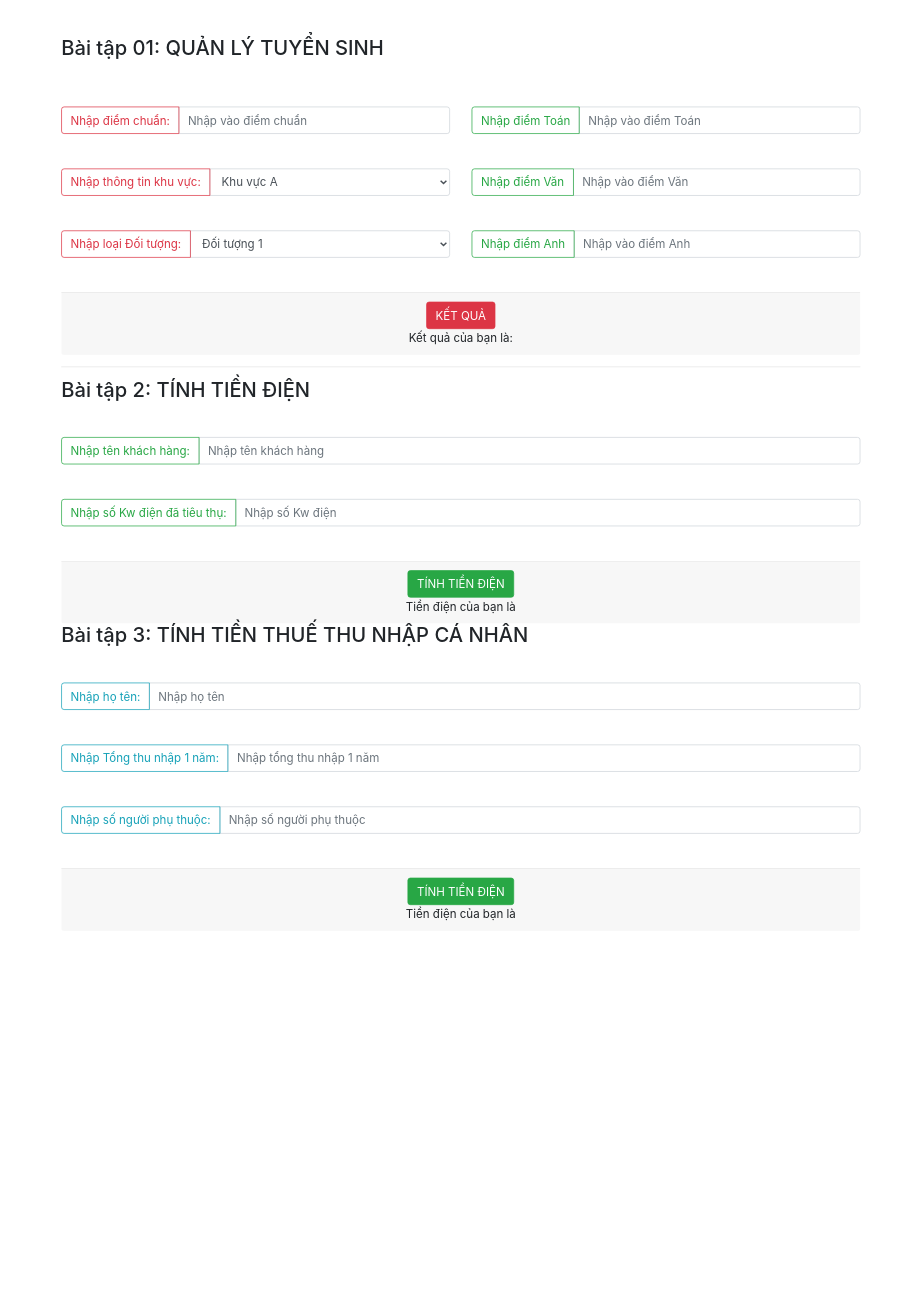
Repository: ducdatit2002/javascript-tinh-day15
Page: index.html
An editor plug-in stored every save of this project. The page is shown before and after the next save, followed by the edit.
The browser window is 1280 px wide. The pictures show the whole page, at 72% of full size.

Above is the page before, as saved 2023-08-20 20:14:50.

### index.html
<!DOCTYPE html>
<html lang="en">
  <head>
    <title>HOMEWORK BUỔI 15 - JAVASCRIPT</title>
    <!-- Required meta tags -->
    <meta charset="utf-8" />
    <meta
      name="viewport"
      content="width=device-width, initial-scale=1, shrink-to-fit=no"
    />

    <!-- Bootstrap CSS -->
    <link
      rel="stylesheet"
      href="https://stackpath.bootstrapcdn.com/bootstrap/4.3.1/css/bootstrap.min.css"
      integrity="sha384-ggOyR0iXCbMQv3Xipma34MD+dH/1fQ784/j6cY/iJTQUOhcWr7x9JvoRxT2MZw1T"
      crossorigin="anonymous"
    />
  </head>
  <body>
    <div class="container" style="margin-bottom: 500px; margin-top: 50px">
      <div class="baiTap1">
        <h3>Bài tập 01: QUẢN LÝ TUYỂN SINH</h3>
        <div class="row mt-3">
          <div class="col-6">
            <div class="input-group mt-5">
              <div class="input-group-prepend">
                <button class="btn btn-outline-danger">Nhập điểm chuẩn:</button>
              </div>
              <input
                type="text"
                class="form-control"
                id="diemChuan"
                placeholder="Nhập vào điểm chuẩn"
              />
            </div>
            <div class="input-group mt-5">
              <div class="input-group-prepend">
                <button class="btn btn-outline-danger">
                  Nhập thông tin khu vực:
                </button>
              </div>
              <select id="khuVuc" class="form-control">
                <option value="A">Khu vực A</option>
                <option value="B">Khu vực B</option>
                <option value="C">Khu vực C</option>
              </select>
            </div>
            <div class="input-group mt-5">
              <div class="input-group-prepend">
                <button class="btn btn-outline-danger">
                  Nhập loại Đối tượng:
                </button>
              </div>
              <select id="doiTuong" class="form-control">
                <option value="1">Đối tượng 1</option>
                <option value="2">Đối tượng 2</option>
                <option value="3">Đối tượng 3</option>
              </select>
            </div>
          </div>
          <div class="col-6">
            <div class="input-group mt-5">
              <div class="input-group-prepend">
                <button class="btn btn-outline-success">Nhập điểm Toán</button>
              </div>
              <input
                type="text"
                class="form-control"
                id="diemToan"
                placeholder="Nhập vào điểm Toán"
              />
            </div>
            <div class="input-group mt-5">
              <div class="input-group-prepend">
                <button class="btn btn-outline-success">Nhập điểm Văn</button>
              </div>
              <input
                type="text"
                class="form-control"
                id="diemVan"
                placeholder="Nhập vào điểm Văn"
              />
            </div>
            <div class="input-group mt-5">
              <div class="input-group-prepend">
                <button class="btn btn-outline-success">Nhập điểm Anh</button>
              </div>
              <input
                type="text"
                class="form-control"
                id="diemAnh"
                placeholder="Nhập vào điểm Anh"
              />
            </div>
          </div>
        </div>
        <div class="card-footer text-center mt-5">
          <button id="btnKetQua" class="btn btn-danger">KẾT QUẢ</button>
          <br />
          <span id="ketQua" class="mt-2 display-5">Kết quả của bạn là: </span>
        </div>
      </div>
      <hr />
      <div class="baiTap2">
        <h3>Bài tập 2: TÍNH TIỀN ĐIỆN</h3>
        <div class="input-group mt-5">
          <div class="input-group-prepend">
            <button class="btn btn-outline-success">
              Nhập tên khách hàng:
            </button>
          </div>
          <input
            type="text"
            class="form-control"
            id="tenKhachHang"
            placeholder="Nhập tên khách hàng"/>
        </div>
        <div class="input-group mt-5">
          <div class="input-group-prepend">
            <button class="btn btn-outline-success">
              Nhập số Kw điện đã tiêu thụ:
            </button>
          </div>
          <input
            type="text"
            class="form-control"
            id="SoKwTieuThu"
            placeholder="Nhập số Kw điện"/>
        </div>
        <div class="card-footer text-center mt-5">
          <button id="btnTinhTienDien" class="btn btn-success">TÍNH TIỀN ĐIỆN</button>
          <br />
          <span id="TienDien" class="mt-2 display-5">Tiền điện của bạn là </span>
        </div>
      </div>
      <div class="baiTap3">
        <h3>Bài tập 3: TÍNH TIỀN THUẾ THU NHẬP CÁ NHÂN</h3>
        <div class="input-group mt-5">
          <div class="input-group-prepend">
            <button class="btn btn-outline-info">
              Nhập họ tên:
            </button>
          </div>
          <input
            type="text"
            class="form-control"
            id="hoTen"
            placeholder="Nhập họ tên"/>
        </div>
        <div class="input-group mt-5">
          <div class="input-group-prepend">
            <button class="btn btn-outline-info">
              Nhập Tổng thu nhập 1 năm:
            </button>
          </div>
          <input
            type="number"
            class="form-control"
            id="tongThuNhapNam"
            placeholder="Nhập tổng thu nhập 1 năm"/>
        </div>
        <div class="input-group mt-5">
          <div class="input-group-prepend">
            <button class="btn btn-outline-info">
              Nhập số người phụ thuộc:
            </button>
          </div>
          <input
            type="number"
            class="form-control"
            id="soNguoiPhuThuoc"
            placeholder="Nhập số người phụ thuộc"/>
        </div>
        <div class="card-footer text-center mt-5">
          <button id="btnTinhTienDien" class="btn btn-success">TÍNH TIỀN ĐIỆN</button>
          <br />
          <span id="TienDien" class="mt-2 display-5">Tiền điện của bạn là </span>
        </div>
      </div>
    </div>
    <!-- Optional JavaScript -->
    <!-- jQuery first, then Popper.js, then Bootstrap JS -->
    <script
      src="https://code.jquery.com/jquery-3.3.1.slim.min.js"
      integrity="sha384-q8i/X+965DzO0rT7abK41JStQIAqVgRVzpbzo5smXKp4YfRvH+8abtTE1Pi6jizo"
      crossorigin="anonymous"
    ></script>
    <script
      src="https://cdnjs.cloudflare.com/ajax/libs/popper.js/1.14.7/umd/popper.min.js"
      integrity="sha384-UO2eT0CpHqdSJQ6hJty5KVphtPhzWj9WO1clHTMGa3JDZwrnQq4sF86dIHNDz0W1"
      crossorigin="anonymous"
    ></script>
    <script
      src="https://stackpath.bootstrapcdn.com/bootstrap/4.3.1/js/bootstrap.min.js"
      integrity="sha384-JjSmVgyd0p3pXB1rRibZUAYoIIy6OrQ6VrjIEaFf/nJGzIxFDsf4x0xIM+B07jRM"
      crossorigin="anonymous"
    ></script>
    <script src="./index.js"></script>
  </body>
</html>

### index.js
// Bài tập 1: QUẢN LÝ TUYỂN SINH
document.getElementById("btnKetQua").onclick = function () {
  // Input: điểm Toán, điểm Lý, điểm Hoá, điểm chuẩn, khu vực, đối tượng
  // Lưu ý: Dữ liệu người dùng nhập mặc định là chuỗi
  var diemChuan = parseFloat(document.getElementById("diemChuan").value);
  var diemToan = parseFloat(document.getElementById("diemToan").value);
  var diemVan = parseFloat(document.getElementById("diemVan").value);
  var diemAnh = parseFloat(document.getElementById("diemAnh").value);
  var khuVuc = document.getElementById("khuVuc").value;
  var doiTuong = parseInt(document.getElementById("doiTuong").value);

  var diemUuTien = 0;

  // Tính điểm ưu tiên khu vực
  switch (khuVuc) {
    case "A":
      diemUuTien += 2;
      break;
    case "B":
      diemUuTien += 1;
      break;
    case "C":
      diemUuTien += 0.5;
      break;
  }

  // Tính điểm ưu tiên đối tượng
  switch (doiTuong) {
    case 1:
      diemUuTien += 2.5;
      break;
    case 2:
      diemUuTien += 1.5;
      break;
    case 3:
      diemUuTien += 1;
      break;
  }

  // Tính điểm tổng kết
  var diemTongKet = diemToan + diemVan + diemAnh + diemUuTien;

  var ketQuaText = "";
  if (
    diemTongKet >= diemChuan &&
    diemToan !== 0 &&
    diemVan !== 0 &&
    diemAnh !== 0
  ) {
    ketQuaText = "Thí sinh trúng tuyển với số điểm đạt được: " + diemTongKet;
  } else {
    ketQuaText =
      "Thí sinh không trúng tuyển với số điểm đạt được: " + diemTongKet;
  }

  document.getElementById("ketQua").innerText = ketQuaText;
};

//BÀI TẬP 2: TÍNH TIỀN ĐIỆN
document.getElementById("btnTinhTienDien").onclick = function () {
  var tenKhachHang = document.getElementById("tenKhachHang").value;
  var soKwTieuThu = parseFloat(document.getElementById("SoKwTieuThu").value);

  var giaDien = 0;
  if (soKwTieuThu <= 50) {
    giaDien = soKwTieuThu * 500;
  } else if (soKwTieuThu <= 100) {
    giaDien = 50 * 500 + (soKwTieuThu - 50) * 650;
  } else if (soKwTieuThu <= 150) {
    giaDien = 50 * 500 + 50 * 650 + (soKwTieuThu - 100) * 850;
  } else {
    giaDien = 50 * 500 + 50 * 650 + 50 * 850 + (soKwTieuThu - 150) * 1100;
  }

  var tienDienHTML = "Tiền điện của khách hàng " + tenKhachHang + " là: " + giaDien + " đồng.";

  document.getElementById("TienDien").textContent = tienDienHTML;
};

After the next save:
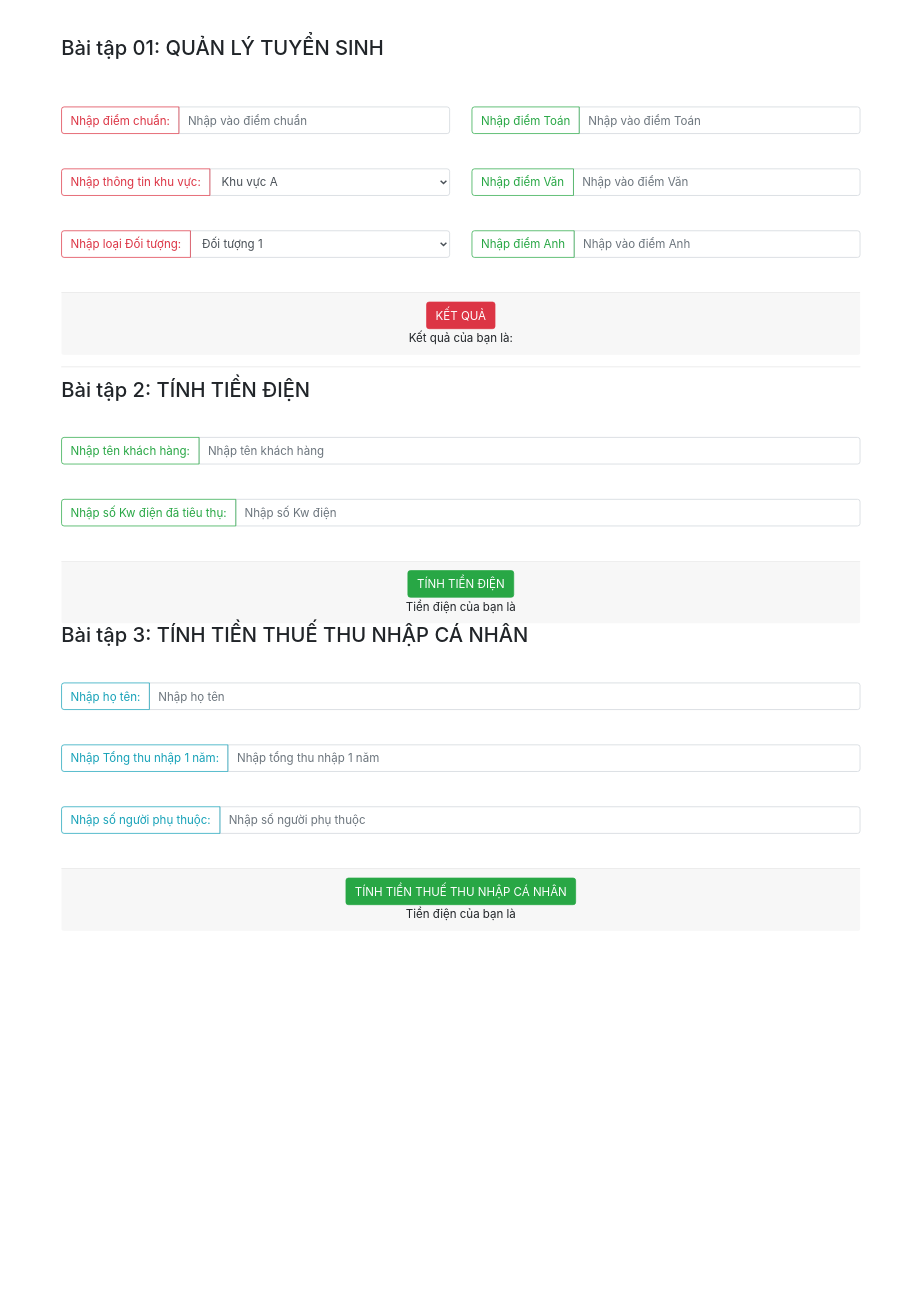
Saved 11 s later.
--- a/index.html
+++ b/index.html
@@ -173,7 +173,7 @@
             placeholder="Nhập số người phụ thuộc"/>
         </div>
         <div class="card-footer text-center mt-5">
-          <button id="btnTinhTienDien" class="btn btn-success">TÍNH TIỀN ĐIỆN</button>
+          <button id="btnTinhTienDien" class="btn btn-success">TÍNH TIỀN THUẾ THU NHẬP CÁ NHÂN</button>
           <br />
           <span id="TienDien" class="mt-2 display-5">Tiền điện của bạn là </span>
         </div>
